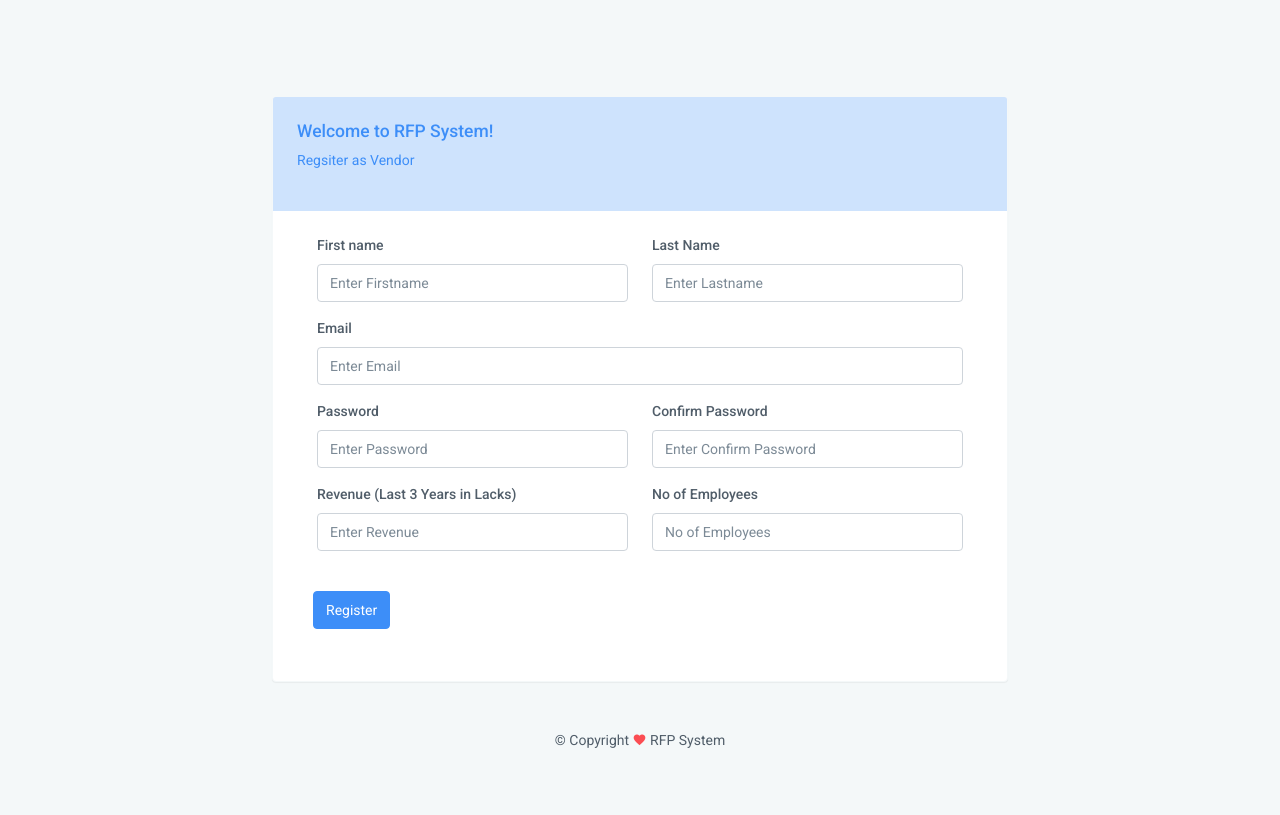
Repository: saurabhgithb/RFP-System
Page: register.html
An editor plug-in stored every save of this project. The page is shown before and after the next save, followed by the edit.
The browser window is 1280 px wide. The pictures show the whole page.

Above is the page before, as saved 2023-01-04 17:44:48.

After the next save:
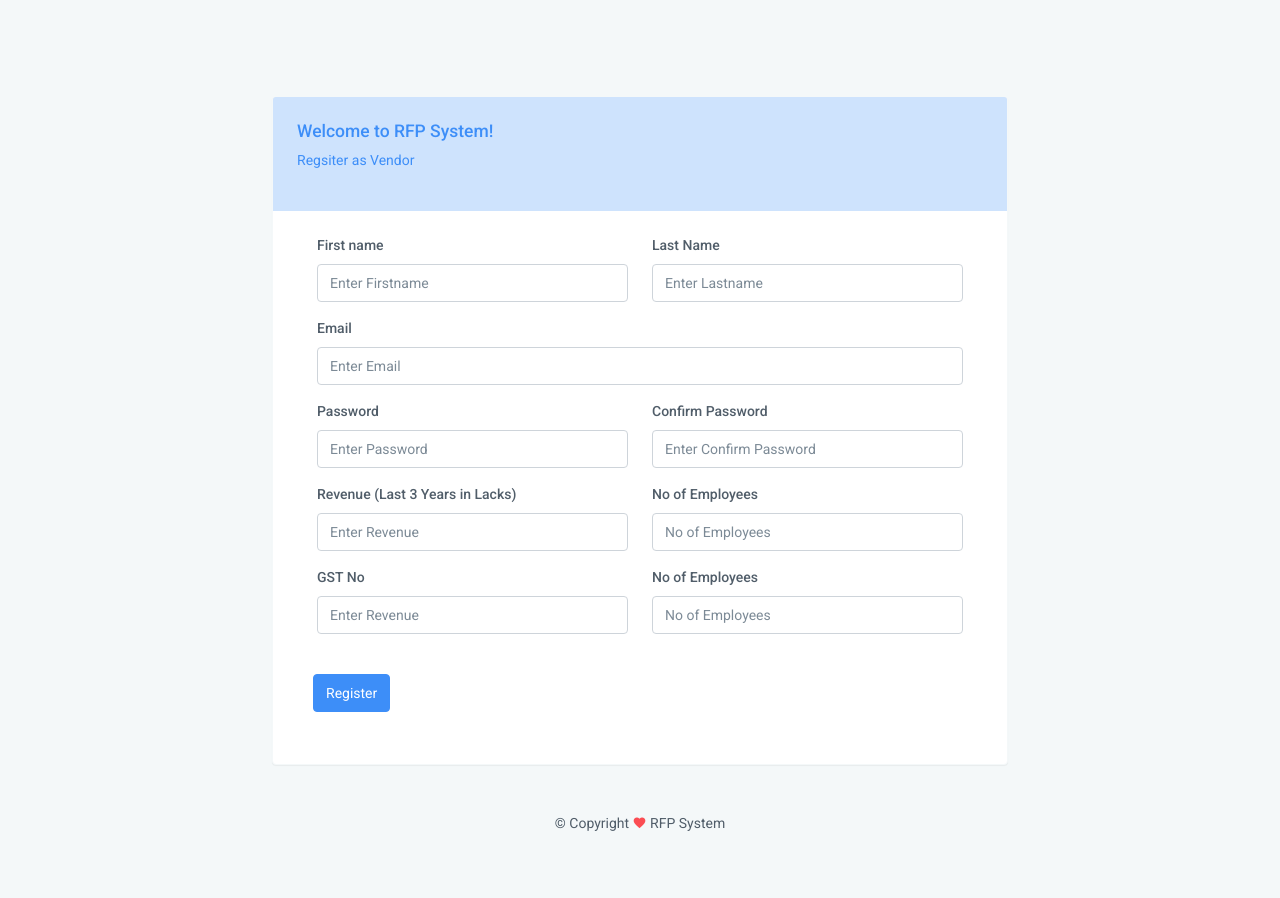
Saved 10 s later.
--- a/register.html
+++ b/register.html
@@ -89,6 +89,19 @@
                                                 </div>
                                             </div>
 
+                                            <div class="col-md-12 col-lg-6 col-xl-6">
+                                                <div class="form-group">
+                                                    <label for="revenue">GST No</label>
+                                                    <input type="text" class="form-control" id="revenue" placeholder="Enter Revenue">
+                                                </div>
+                                            </div>
+                                            <div class="col-md-12 col-lg-6 col-xl-6">
+                                                <div class="form-group">
+                                                    <label for="noofemployees">No of Employees</label>
+                                                    <input type="text" class="form-control" id="noofemployees" placeholder="No of Employees">
+                                                </div>
+                                            </div>
+
                                             <div class="p-2 mt-3">
                                                 <button class="btn btn-primary btn-block waves-effect waves-light" type="submit">Register</button>
                                             </div>
